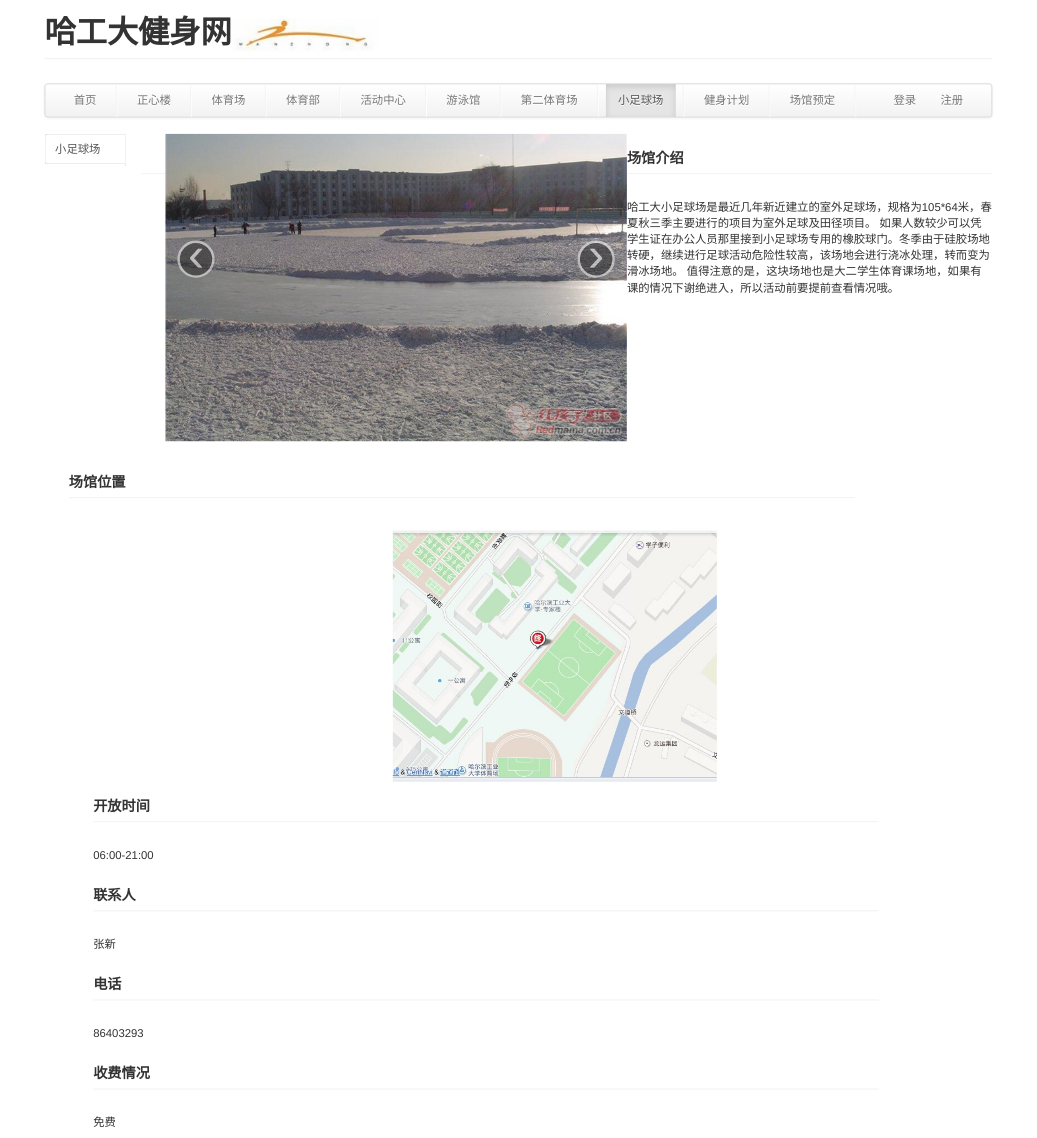
Repository: hitDeveloper/fitness
Page: http://localhost/project/xiaozuqiuchang.jsp
An editor plug-in stored every save of this project. The page is shown before and after the next save, followed by the edit.
The browser window is 1280 px wide. The pictures show the whole page, at 81% of full size.
The page is served by Tomcat 9. Nobody is signed in. The application's start-up code is not run.

Above is the page before, as saved 2014-11-14 12:21:04.

After the next save:
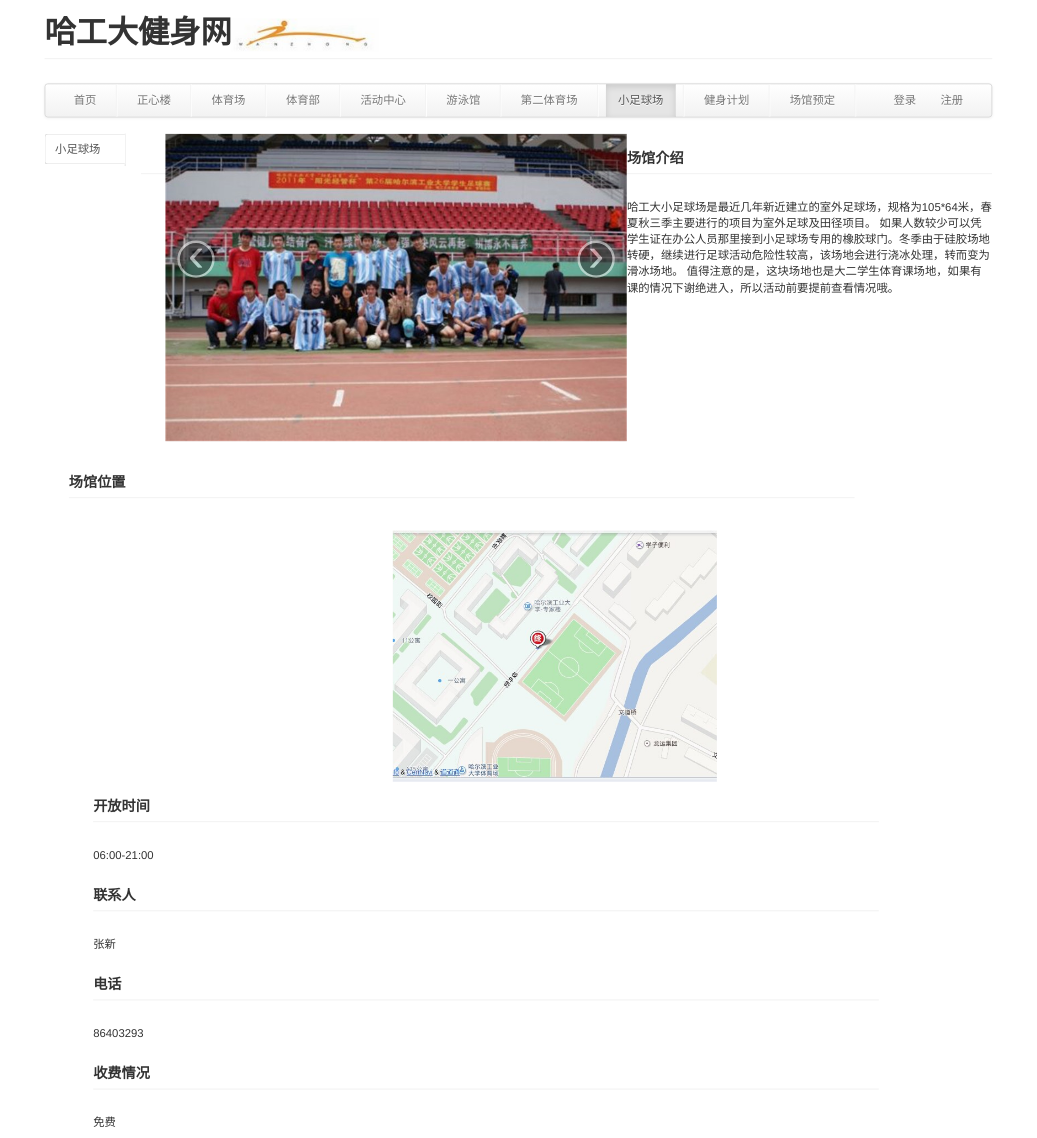
Saved 16 s later.
--- a/Project/project/WebRoot/xiaozuqiuchang.jsp
+++ b/Project/project/WebRoot/xiaozuqiuchang.jsp
@@ -50,20 +50,23 @@
 <div class="tab-content">
 <div class="tab-pane active" id="tiyuchang">
 <div class="span6">
-<div class="carousel slide" id="caro">
+<div class="carousel slide" id="carousel1">
 <div class="carousel-inner">
-<div class="item">
-<img src="image/gym/xiaozuqiuchang/731dbe25tdd20461e8051&690.jpg" alt="">
+<div class="item active">
+<img src="image/gym/tiyuchang/663649004.jpg" alt="">
 </div>
 <div class="item">
-<img src="image/gym/xiaozuqiuchang/2.jpg" alt="">
+<img src="image/gym/tiyuchang/20096181162573566.jpg" alt="">
 </div>
-<div class="item active">
-<img src="image/gym/xiaozuqiuchang/2.jpg" alt="">
+<div class="item">
+<img src="image/gym/tiyuchang/cg(1).jpg" alt="">
+</div>
+<div class="item">
+<img src="image/gym/tiyuchang/20070924092256.jpg" alt="">
 </div>
 </div>
-<a href="#caro" data-slide="prev" class="left carousel-control">&lsaquo;</a>
-<a href="#caro" data-slide="next" class="right carousel-control">&rsaquo;</a>
+<a href="#carousel1" data-slide="prev" class="left carousel-control">&lsaquo;</a>
+<a href="#carousel1" data-slide="next" class="right carousel-control">&rsaquo;</a>
 </div>
 </div>
 </div>

After the save that followed:
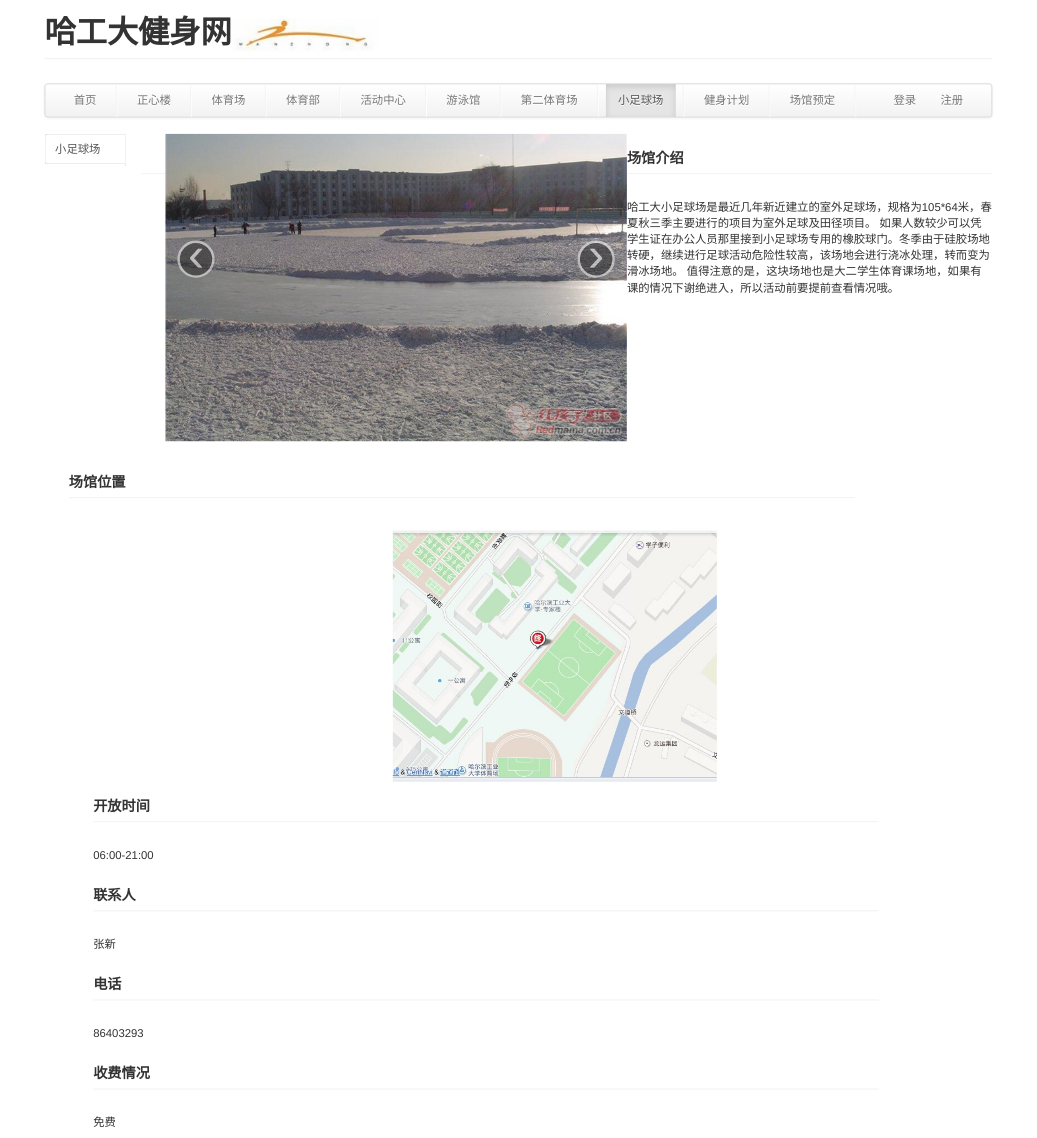
Saved 19 s later.
--- a/Project/project/WebRoot/xiaozuqiuchang.jsp
+++ b/Project/project/WebRoot/xiaozuqiuchang.jsp
@@ -50,23 +50,20 @@
 <div class="tab-content">
 <div class="tab-pane active" id="tiyuchang">
 <div class="span6">
-<div class="carousel slide" id="carousel1">
+<div class="carousel slide" id="caro">
 <div class="carousel-inner">
-<div class="item active">
-<img src="image/gym/tiyuchang/663649004.jpg" alt="">
+<div class="item">
+<img src="image/gym/xiaozuqiuchang/731dbe25tdd20461e8051&690.jpg" alt="">
 </div>
 <div class="item">
-<img src="image/gym/tiyuchang/20096181162573566.jpg" alt="">
+<img src="image/gym/xiaozuqiuchang/2.jpg" alt="">
 </div>
-<div class="item">
-<img src="image/gym/tiyuchang/cg(1).jpg" alt="">
-</div>
-<div class="item">
-<img src="image/gym/tiyuchang/20070924092256.jpg" alt="">
+<div class="item active">
+<img src="image/gym/xiaozuqiuchang/2.jpg" alt="">
 </div>
 </div>
-<a href="#carousel1" data-slide="prev" class="left carousel-control">&lsaquo;</a>
-<a href="#carousel1" data-slide="next" class="right carousel-control">&rsaquo;</a>
+<a href="#caro" data-slide="prev" class="left carousel-control">&lsaquo;</a>
+<a href="#caro" data-slide="next" class="right carousel-control">&rsaquo;</a>
 </div>
 </div>
 </div>
